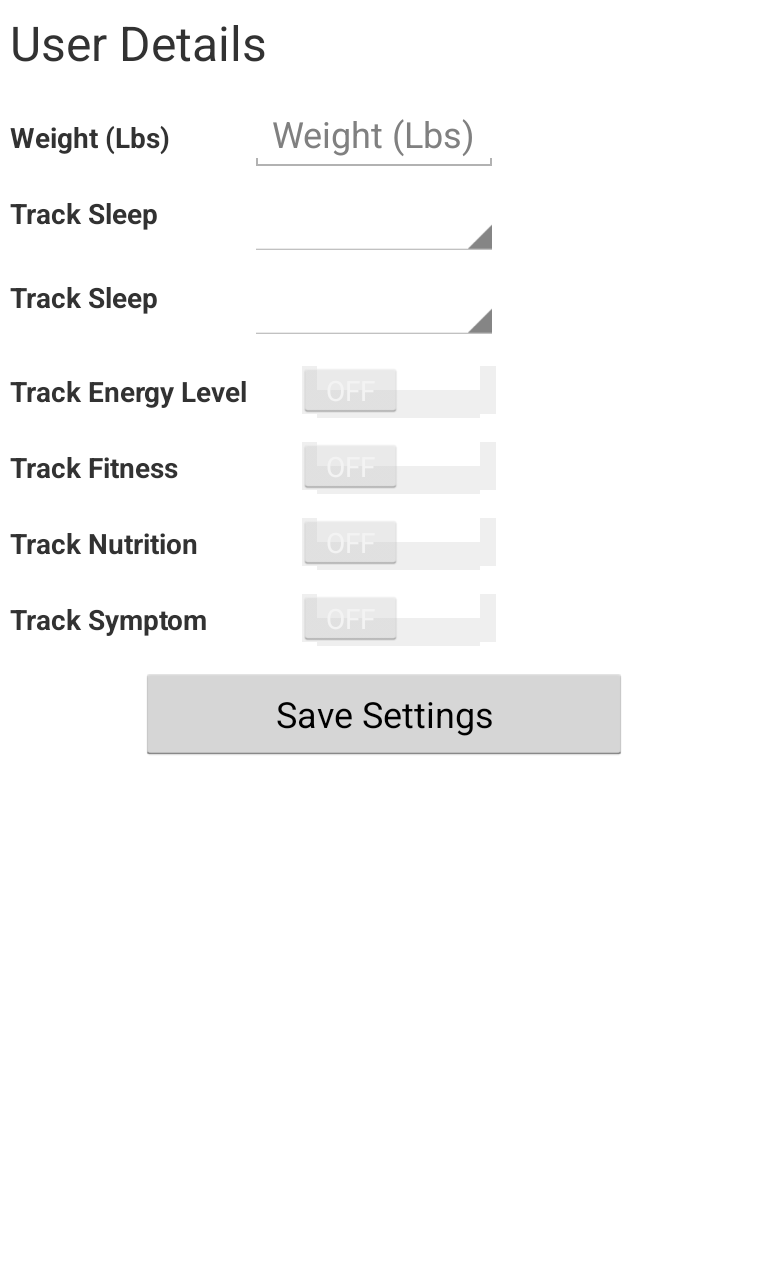
Repository: dillonyoung/CPD4493
Layout: TraCare/res/layout/addentry.xml
An editor plug-in stored every save of this project. The layout is shown before and after the next save, followed by the edit.
It is drawn on a 768 x 1280 px phone screen (xhdpi) without system bars, with theme AppTheme; the app's code is not run.

Above is the layout before, as saved 2013-04-05 23:17:02.

### TraCare/res/layout/addentry.xml
<?xml version="1.0" encoding="utf-8"?>
<ScrollView xmlns:android="http://schemas.android.com/apk/res/android"
    android:layout_width="fill_parent"
    android:layout_height="fill_parent" >

    <TableLayout
        android:id="@+id/TableLayout1"
        android:layout_width="match_parent"
        android:layout_height="wrap_content" >

        <TableRow
            android:id="@+id/tableRow1"
            android:layout_width="wrap_content"
            android:layout_height="wrap_content"
            android:padding="5dip" >

            <TextView
                android:id="@+id/textView1"
                android:layout_width="wrap_content"
                android:layout_height="wrap_content"
                android:layout_span="2"
                android:text="@string/user_details"
                android:textSize="24sp" />
        </TableRow>


        <TableRow
            android:id="@+id/tableRow4"
            android:layout_width="wrap_content"
            android:layout_height="wrap_content"
            android:padding="5dip" >

            <TextView
                android:id="@+id/textView3"
                android:layout_width="wrap_content"
                android:layout_height="wrap_content"
                android:text="@string/weight"
                android:textStyle="bold" />

            <EditText
                android:id="@+id/txtUserWeight"
                android:layout_width="wrap_content"
                android:layout_height="wrap_content"
                android:ems="6"
                android:hint="@string/weight"
                android:inputType="numberDecimal" />
        </TableRow>



        <TableRow
            android:id="@+id/tableRow7"
            android:layout_width="wrap_content"
            android:layout_height="wrap_content"
            android:padding="5dip" >

            <TextView
                android:id="@+id/textView6"
                android:layout_width="wrap_content"
                android:layout_height="wrap_content"
                android:text="@string/track_sleep"
                android:textStyle="bold" />

            <Spinner
                android:id="@+id/spinHours"
                android:layout_width="wrap_content"
                android:layout_height="wrap_content" />

        </TableRow>

                <TableRow
            android:id="@+id/tableRow7"
            android:layout_width="wrap_content"
            android:layout_height="wrap_content"
            android:padding="5dip" >

            <TextView
                android:id="@+id/textView6"
                android:layout_width="wrap_content"
                android:layout_height="wrap_content"
                android:text="@string/track_sleep"
                android:textStyle="bold" />

            <Spinner
                android:id="@+id/spinQualityofSleep"
                android:layout_width="wrap_content"
                android:layout_height="wrap_content" />

        </TableRow>

        <TableRow
            android:id="@+id/tableRow8"
            android:layout_width="wrap_content"
            android:layout_height="wrap_content"
            android:padding="5dip" >

            <TextView
                android:id="@+id/textView7"
                android:layout_width="wrap_content"
                android:layout_height="wrap_content"
                android:text="@string/track_energy_level"
                android:textStyle="bold" />

            <Switch
                android:id="@+id/switchEnergyLevel"
                android:layout_width="wrap_content"
                android:layout_height="wrap_content"
                android:text="" />
        </TableRow>

        <TableRow
            android:id="@+id/tableRow9"
            android:layout_width="wrap_content"
            android:layout_height="wrap_content"
            android:padding="5dip" >

            <TextView
                android:id="@+id/textView8"
                android:layout_width="wrap_content"
                android:layout_height="wrap_content"
                android:text="@string/track_fitness"
                android:textStyle="bold" />

            <Switch
                android:id="@+id/switchFitness"
                android:layout_width="wrap_content"
                android:layout_height="wrap_content"
                android:text="" />
        </TableRow>

        <TableRow
            android:id="@+id/tableRow10"
            android:layout_width="wrap_content"
            android:layout_height="wrap_content"
            android:padding="5dip" >

            <TextView
                android:id="@+id/textView9"
                android:layout_width="wrap_content"
                android:layout_height="wrap_content"
                android:text="@string/track_nutrition"
                android:textStyle="bold" />

            <Switch
                android:id="@+id/switchNutrition"
                android:layout_width="wrap_content"
                android:layout_height="wrap_content"
                android:text="" />
        </TableRow>

                <TableRow
            android:id="@+id/tableRow11"
            android:layout_width="wrap_content"
            android:layout_height="wrap_content"
            android:padding="5dip" >

            <TextView
                android:id="@+id/textView10"
                android:layout_width="wrap_content"
                android:layout_height="wrap_content"
                android:text="@string/track_symptom"
                android:textStyle="bold" />

            <Switch
                android:id="@+id/switchSymptom"
                android:layout_width="wrap_content"
                android:layout_height="wrap_content"
                android:text="" />
        </TableRow>

        <TableRow
            android:id="@+id/tableRow12"
            android:layout_width="wrap_content"
            android:layout_height="wrap_content"
            android:gravity="center_horizontal"
            android:padding="5dip" >

            <Button
                android:id="@+id/btnSave"
                android:layout_width="wrap_content"
                android:layout_height="wrap_content"
                android:layout_span="2"
                android:text="@string/savesettings" />
        </TableRow>
    </TableLayout>

</ScrollView>

### TraCare/res/values/strings.xml
<?xml version="1.0" encoding="utf-8"?>
<resources>

    <string name="app_name">TraCare</string>
    <string name="action_settings">Settings</string>
    <string name="title_section1">Section 1</string>
    <string name="title_section2">Section 2</string>
    <string name="title_section3">Section 3</string>
    <string name="user_details">User Details</string>
    <string name="gender">Gender</string>
    <string name="male">Male</string>
    <string name="female">Female</string>
    <string name="weight">Weight (Lbs)</string>
    <string name="preferences">Preferences</string>
    <string name="track_weight">Track Weight</string>
    <string name="track_sleep">Track Sleep</string>
    <string name="track_energy_level">Track Energy Level</string>
    <string name="track_quality_of_sleep">Track Quality of Sleep</string>
    <string name="track_fitness">Track Fitness</string>
    <string name="track_nutrition">Track Nutrition</string>
    <string name="savesettings">Save Settings</string>
    <string name="yourname">Your name</string>
    <string name="track_symptom">Track Symptom</string>
    <string name="image"></string>
    <string name="menu_add_entry">Add Entry</string>
    <string name="menu_delete_entry">Delete Entry</string>

    <string-array name="hours_of_sleep">
        <item>0.0 Hours of Sleep</item>
        <item>0.5 Hours of Sleep</item>
        <item>1.0 Hours of Sleep</item>
        <item>1.5 Hours of Sleep</item>
        <item>2.0 Hours of Sleep</item>
        <item>2.5 Hours of Sleep</item>
        <item>3.0 Hours of Sleep</item>
        <item>3.5 Hours of Sleep</item>
        <item>4.0 Hours of Sleep</item>
        <item>4.5 Hours of Sleep</item>
        <item>5.0 Hours of Sleep</item>
        <item>5.5 Hours of Sleep</item>
        <item>6.0 Hours of Sleep</item>
        <item>6.5 Hours of Sleep</item>
        <item>7.0 Hours of Sleep</item>
        <item>7.5 Hours of Sleep</item>
        <item>8.0 Hours of Sleep</item>
        <item>8.5 Hours of Sleep</item>
        <item>9.0 Hours of Sleep</item>
        <item>9.5 Hours of Sleep</item>
        <item>10.0 Hours of Sleep</item>
        <item>10.5 Hours of Sleep</item>
        <item>11.0 Hours of Sleep</item>
        <item>11.5 Hours of Sleep</item>
        <item>12.0 Hours of Sleep</item>
        <item>12.5 Hours of Sleep</item>
        <item>13.0 Hours of Sleep</item>
        <item>13.5 Hours of Sleep</item>
        <item>14.0 Hours of Sleep</item>
        <item>14.5 Hours of Sleep</item>
        <item>15.0 Hours of Sleep</item>
        <item>15.5 Hours of Sleep</item>
        <item>16.0 Hours of Sleep</item>
        <item>16.5 Hours of Sleep</item>
        <item>17.0 Hours of Sleep</item>
        <item>17.5 Hours of Sleep</item>
        <item>18.0 Hours of Sleep</item>
        <item>18.5 Hours of Sleep</item>
        <item>19.0 Hours of Sleep</item>
        <item>19.5 Hours of Sleep</item>
        <item>20.0 Hours of Sleep</item>
        <item>20.5 Hours of Sleep</item>
        <item>21.0 Hours of Sleep</item>
        <item>21.5 Hours of Sleep</item>
        <item>22.0 Hours of Sleep</item>
        <item>22.5 Hours of Sleep</item>
        <item>23.0 Hours of Sleep</item>
        <item>23.5 Hours of Sleep</item>
    </string-array>
    <string-array name="energy_level">
        <item>Not Specified</item>
        <item>Terrible Energy Level</item>
        <item>Poor Energy Level</item>
        <item>Average Energy Level</item>
        <item>Good Energy Level</item>
        <item>Excellent Energy Level</item>
    </string-array>
    <string-array name="quality_of_sleep">
        <item>Not Specified</item>
        <item>Terrible Quality of Sleep</item>
        <item>Poor Quality of Sleep</item>
        <item>Average Quality of Sleep</item>
        <item>Good Quality of Sleep</item>
        <item>Excellent Quality of Sleep</item>
    </string-array>
    <string-array name="symptom_type">
        <item>Not Specified</item>
        <item>Other</item>
        <item>Abdominal Pain</item>
        <item>Chest Pain</item>
        <item>Constipation</item>
        <item>Cought</item>
        <item>Diarrea</item>
        <item>Dizziness</item>
        <item>Eye Discomfort</item>
        <item>Foot Pain</item>
        <item>Hip Pain</item>
        <item>Knee Pain</item>
        <item>Low Back Pain</item>
        <item>Nasal Congestion</item>
        <item>Nausea</item>
        <item>Neck Pain</item>
        <item>Numbness</item>
        <item>Shortness of Breath</item>
        <item>Shoulder Pain</item>
        <item>Sore Throat</item>
        <item>Vision Problems</item>
        <item>Wheezing</item>
    </string-array>

</resources>

Loaded but not shown: TraCare/res/values/styles.xml (common file); TraCare/res/values-v11/styles.xml (common file); TraCare/res/values-v14/styles.xml (common file)

After the next save:
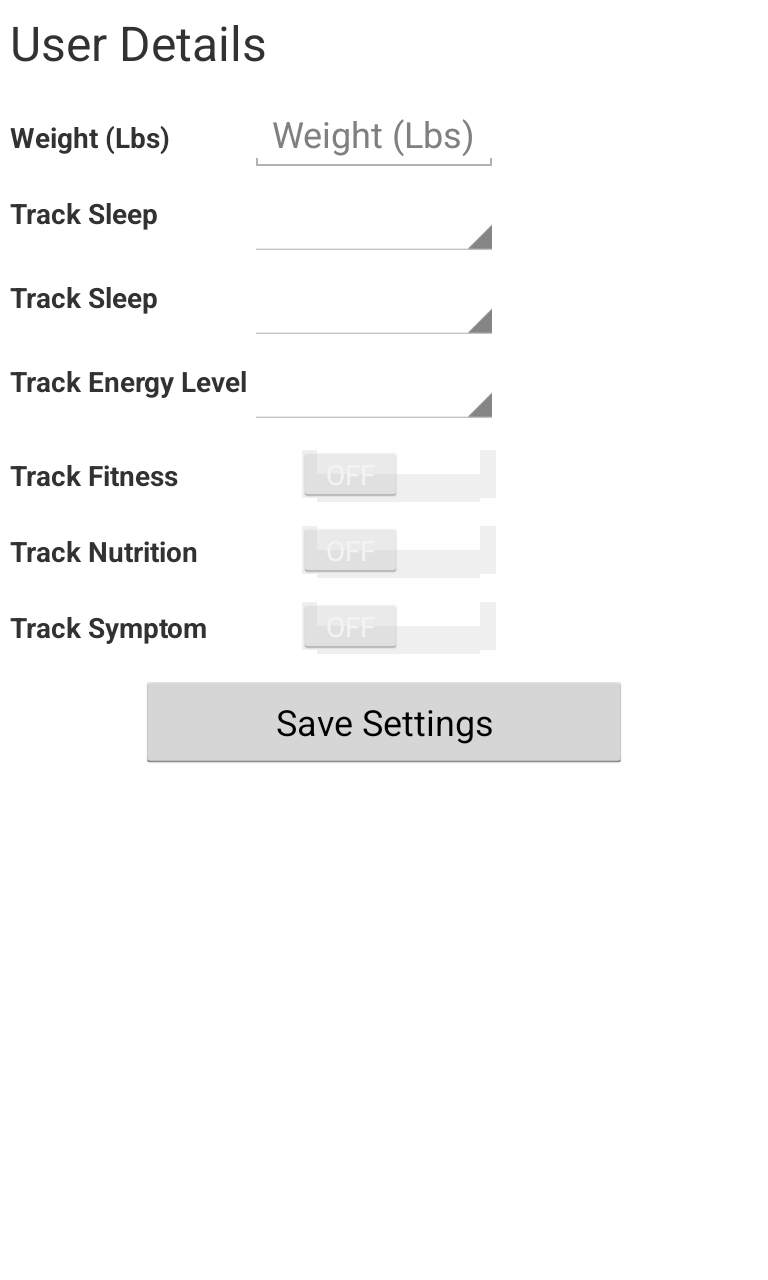
Saved 96 s later.
--- a/TraCare/res/layout/addentry.xml
+++ b/TraCare/res/layout/addentry.xml
@@ -101,11 +101,11 @@
                 android:text="@string/track_energy_level"
                 android:textStyle="bold" />
 
-            <Switch
-                android:id="@+id/switchEnergyLevel"
+            <Spinner
+                android:id="@+id/spinEnergyLevel"
                 android:layout_width="wrap_content"
-                android:layout_height="wrap_content"
-                android:text="" />
+                android:layout_height="wrap_content" />
+
         </TableRow>
 
         <TableRow
